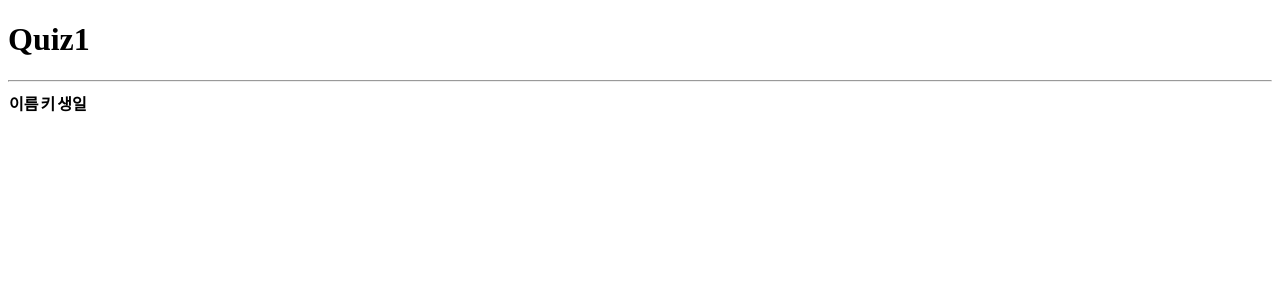
Repository: ChimmyWorld/JSP
Page: http://localhost/Day50/quiz.jsp
An editor plug-in stored every save of this project. The page is shown before and after the next save, followed by the edit.
The browser window is 1280 px wide. The pictures show the whole page.
The page is served by Tomcat 9. Queries for data that is not in the repository find no rows.

Above is the page before, as saved 2023-09-19 04:19:38.

After the next save:
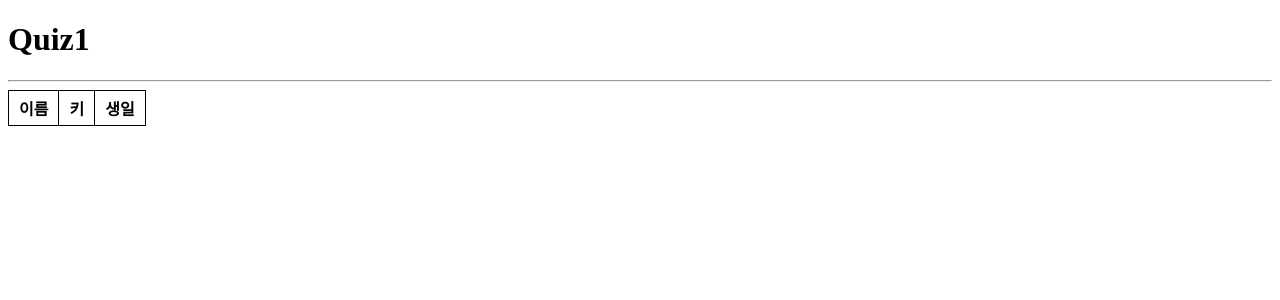
Saved 37 s later.
--- a/Day50/WebContent/quiz.jsp
+++ b/Day50/WebContent/quiz.jsp
@@ -13,7 +13,8 @@
 	}
 
 	th, td{
-		color: 1px solid black;
+		border: 1px solid black;
+		padding: 5px 10px;
 	}
 </style>
 </head>
